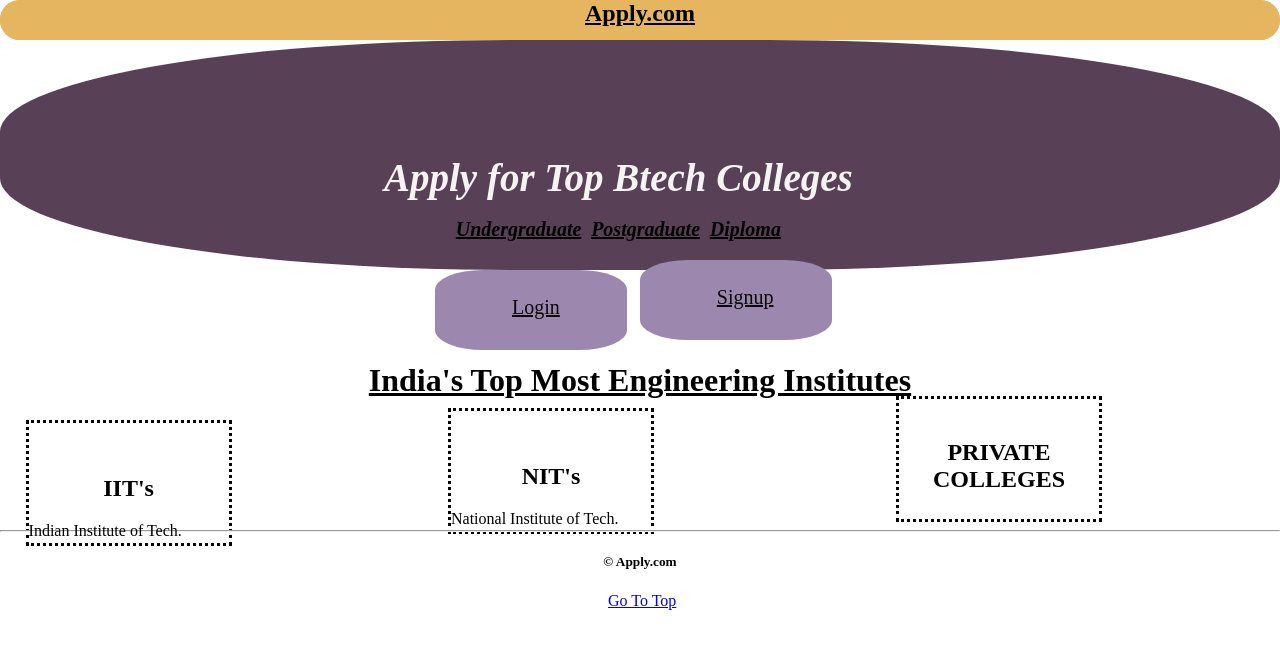
Repository: dashmeenkalra/dashmeen_kalra
Page: css/btech.html
The author's editor kept a copy of each file at every save. The page is drawn from the files as they stood at one save, then again after a run of saves.
The browser window is 1280 px wide. The pictures show the whole page.

Above is the page before, as saved 2023-03-06 17:40:30.

After the next 4 saves:
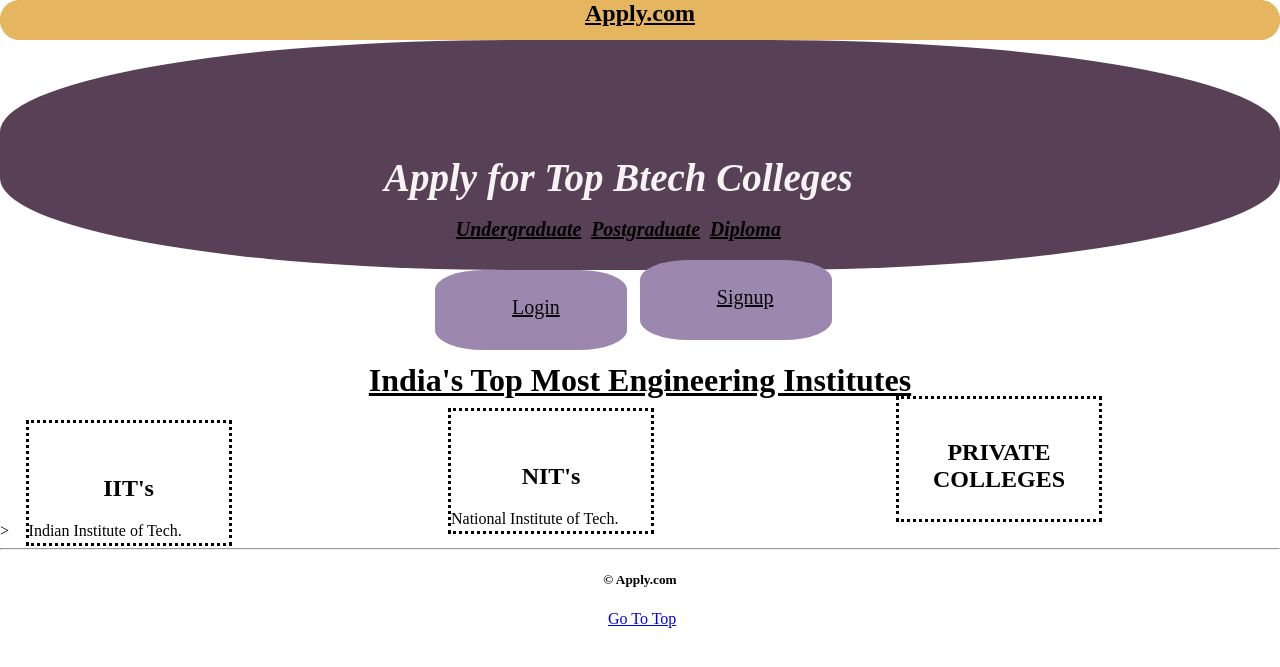
The 4 saves are shown as one change because they came seconds apart.
The last was saved 10 s later.
--- a/css/btech.html
+++ b/css/btech.html
@@ -35,7 +35,9 @@
            <div id="type2">
             <h2>PRIVATE COLLEGES</h2>
            </div>
+           ></div>
            <hr/>
+
         <h5> &copy; Apply.com</h5>
         <a href="#header" id="at" >Go To Top</a>
     </body>

After the save that followed:
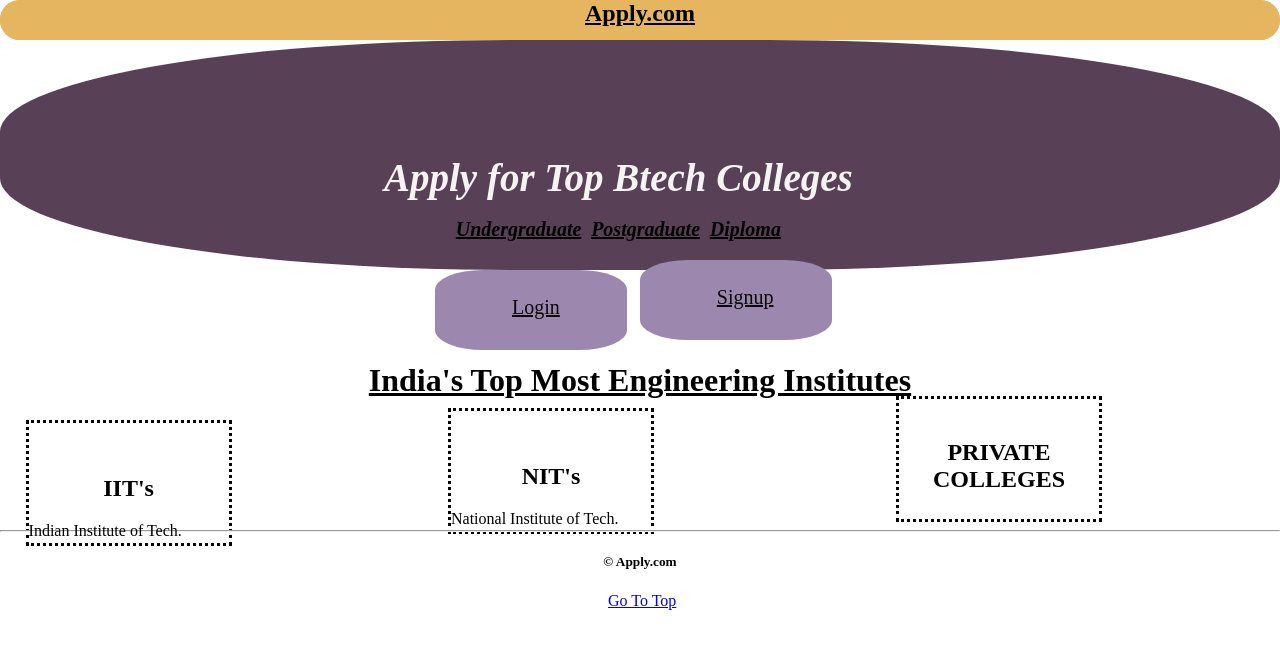
Saved 4 s later.
--- a/css/btech.html
+++ b/css/btech.html
@@ -35,7 +35,7 @@
            <div id="type2">
             <h2>PRIVATE COLLEGES</h2>
            </div>
-           ></div>
+           </div>
            <hr/>
 
         <h5> &copy; Apply.com</h5>
